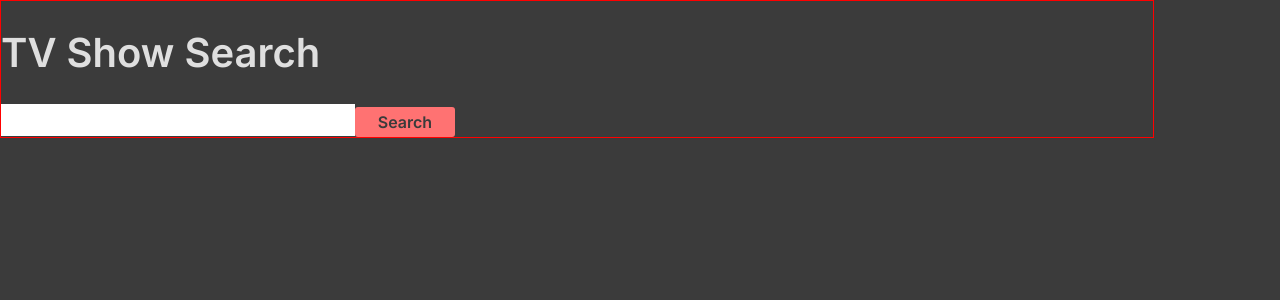
Repository: shayanabedi98/tv-search-react
Page: /
These files come from the project's save history. The page is drawn as it stood at one moment and after the next save; the edit follows.
The browser window is 1280 px wide. The pictures show the whole page.
The project was rebuilt for these pictures with package versions that can differ from the ones it lists, and the page was loaded fresh each time. Also part of the build but not shown: vite.config.js.

Above is the page before, as saved 2024-01-02 02:32:42.

After the next save:
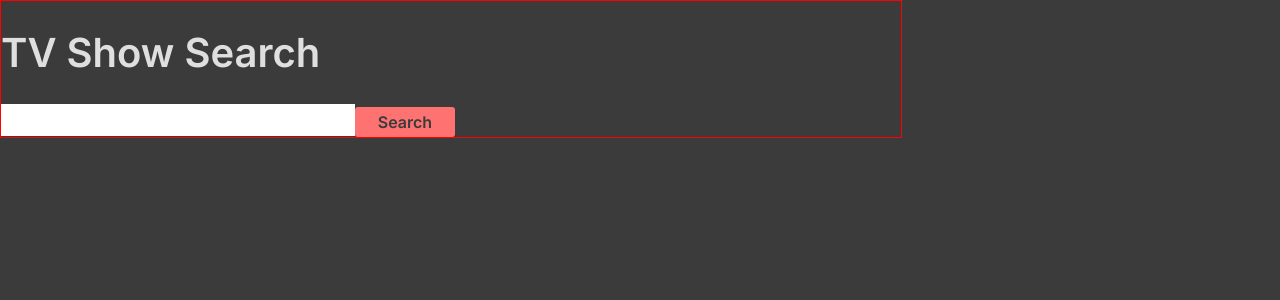
Saved 23 s later.
--- a/src/index.css
+++ b/src/index.css
@@ -9,8 +9,7 @@ body {
 }
 
 .search {
-  min-width: 90%;
-  max-width: 900px;
+  width: 900px;
   border: 1px solid red;
 }
 
